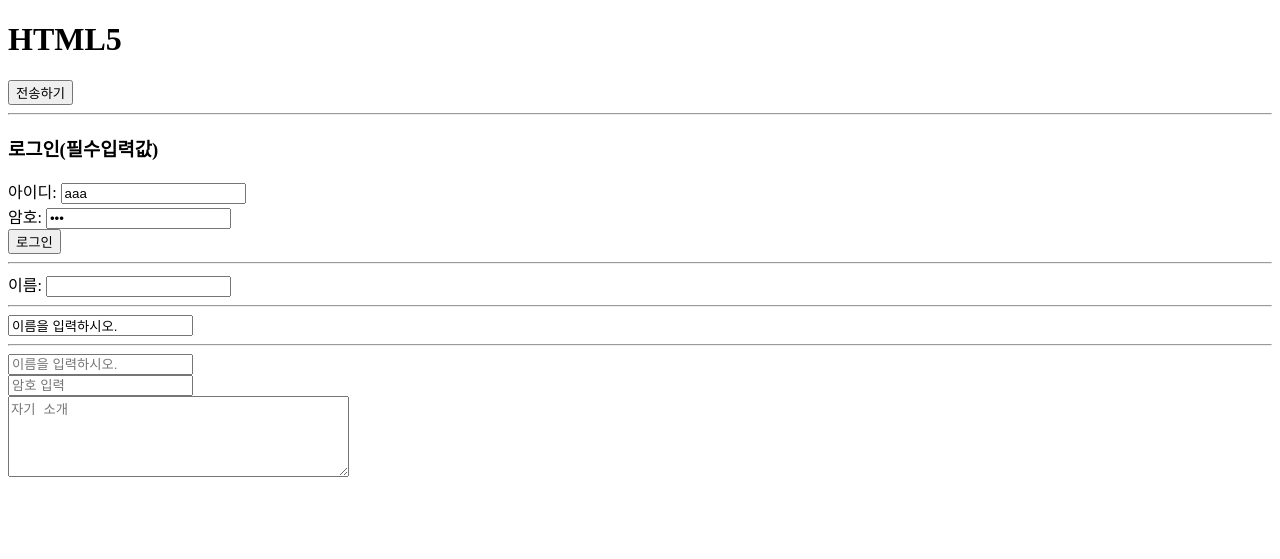
Repository: chanjin5212/Full-Stack-study
Page: client/ClientTest/src/main/webapp/html/ex19.html
These files come from the project's save history. The page is drawn as it stood at one moment and after the next save; the edit follows.
The browser window is 1280 px wide. The pictures show the whole page.

Above is the page before, as saved 2022-05-25 03:09:05.

After the next save:
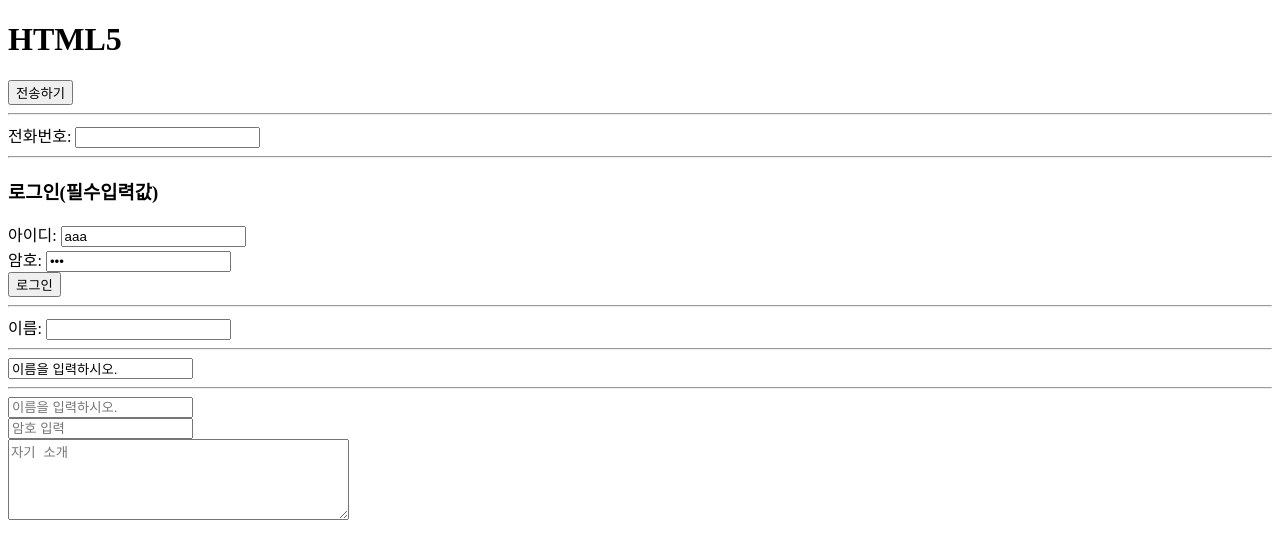
Saved 33 s later.
--- a/client/ClientTest/src/main/webapp/html/ex19.html
+++ b/client/ClientTest/src/main/webapp/html/ex19.html
@@ -11,6 +11,10 @@
 	<form method="POST" action="ex19.jsp">
 
 		<input type="submit" value="전송하기">
+		<hr>
+
+		전화번호: <input type="tel">
+
 		<hr>
 
 
